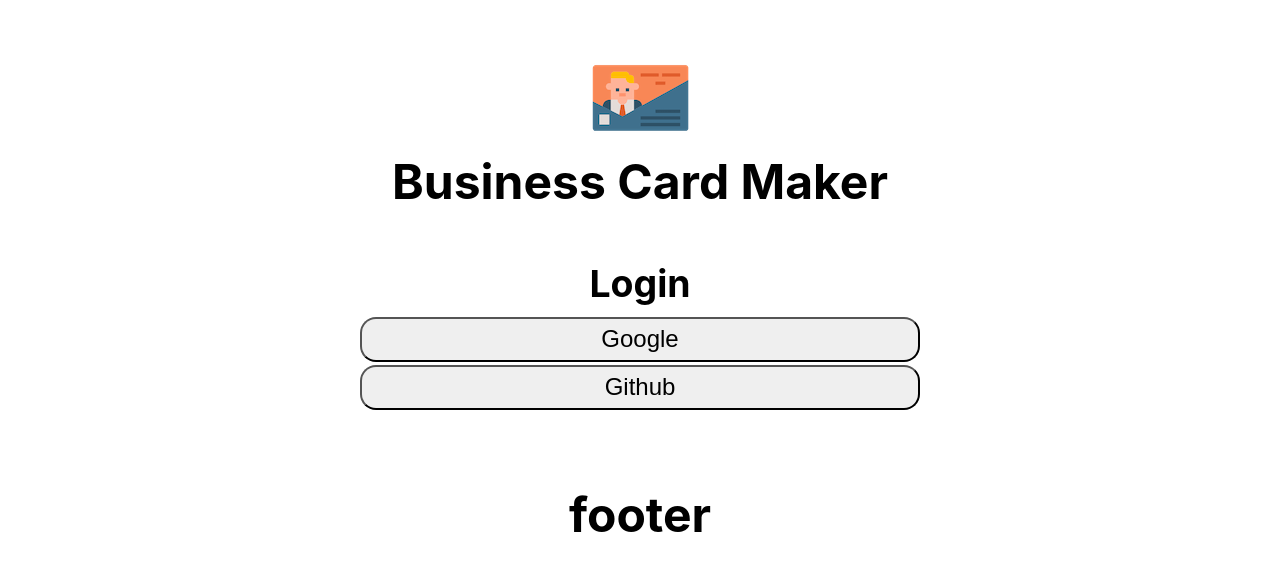
Repository: gomgomigom/firebase_practice_card_maker
Page: /
The author's editor kept a copy of each file at every save. The page is drawn from the files as they stood at one save, then again after the next save.
The browser window is 1280 px wide. The pictures show the whole page.
The page's requests for data from a server got no answer. The project was rebuilt for these pictures with package versions that can differ from the ones it lists, and the page was loaded fresh each time. No one was signed in, and anything a server would have sent is missing.

Above is the page before, as saved 2022-01-21 13:58:24.

After the next save:
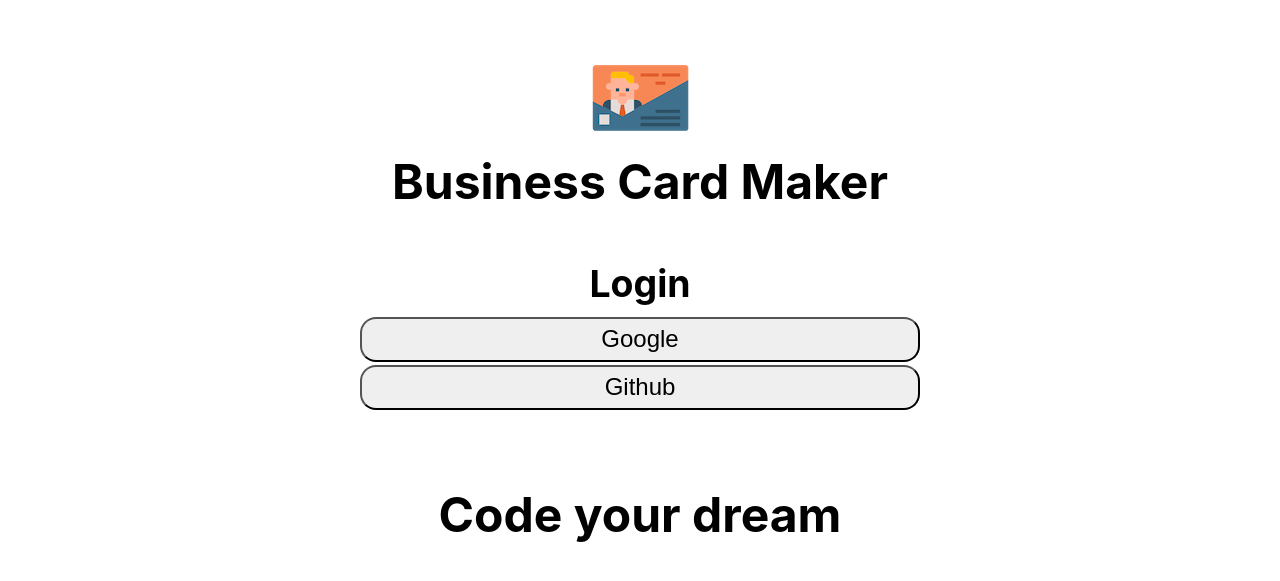
Saved 22 s later.
--- a/src/components/footer/footer.jsx
+++ b/src/components/footer/footer.jsx
@@ -1,6 +1,6 @@
 import React from 'react';
 
 const Footer = (props) => {
-  return <h1>footer</h1>;
+  return <h1>Code your dream</h1>;
 };
 export default Footer;
